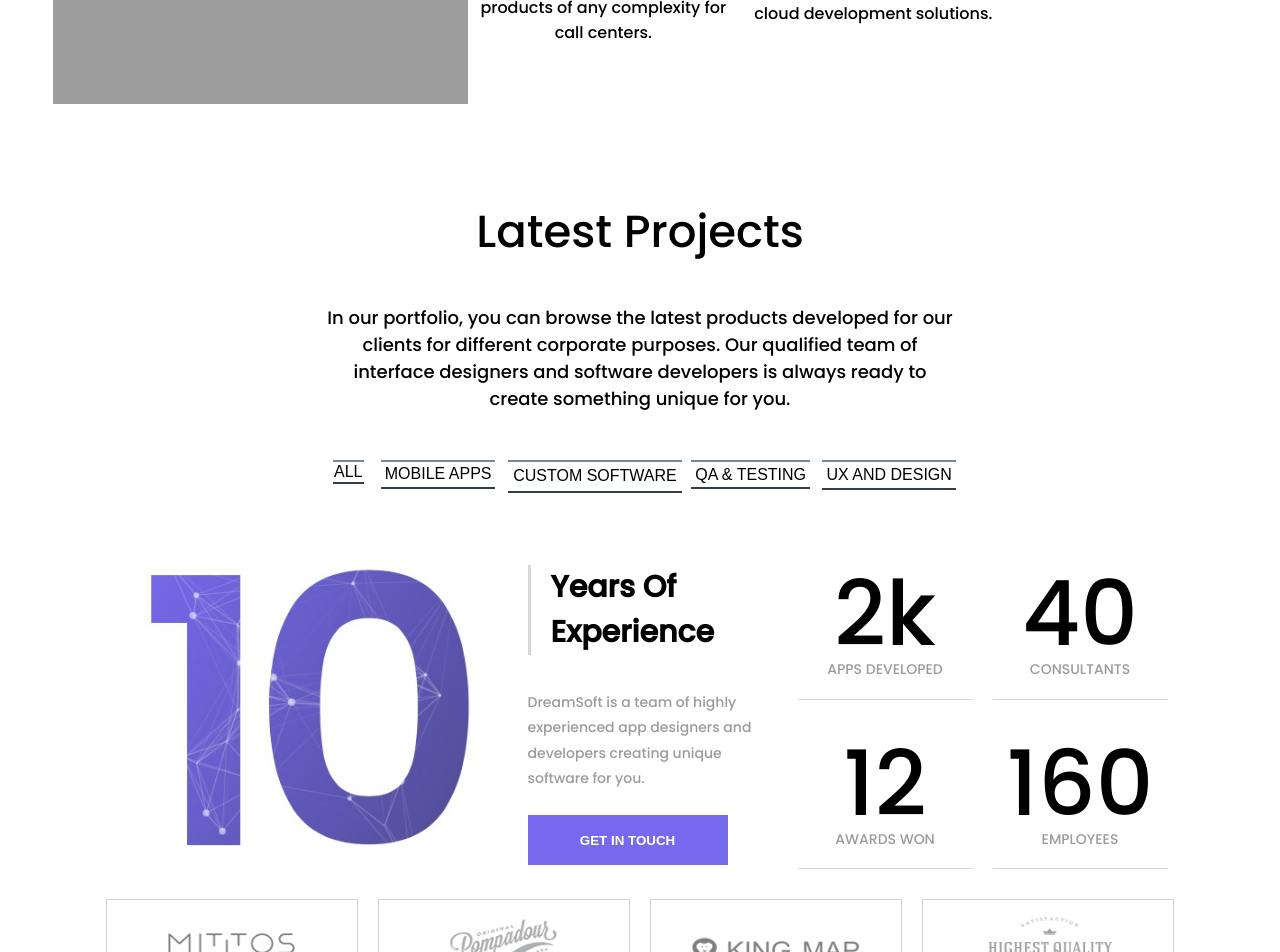
Repository: kkyler24/ladders-bootcamp-awesome
Page: index.html
An editor plug-in stored every save of this project. The page is shown before and after the next save, followed by the edit.
The browser window is 1280 px wide. The pictures show the part of the page from y = 1235 to 2187 px (the page is 6170 px tall).
Pictures or frames that could not be fetched are drawn as grey boxes.

Above is the page before, as saved 2021-03-20 10:27:35.

### index.html
<!DOCTYPE html>
<html lang="en">
  <head>
    <meta charset="UTF-8" />
    <meta name="viewport" content="width=device-width, initial-scale=1.0" />
    <link rel="stylesheet" href="style.css" />
    <link rel="stylesheet" href="kstyle.css" />
    <link rel="preconnect" href="https://fonts.gstatic.com">
    <link href="https://fonts.googleapis.com/css2?family=Poppins:wght@500&display=swap" rel="stylesheet">
    <title>Demo</title>
  </head>
  <body>
    <header></header>
    <nav class="container-nav">
      <a class="logopic">
        <img src="./img/jumbotron/logo-default-191x52.png" alt="MCLA LOGO"   height="63.99" width="220">
      </a>
      <div class="nav-link">
      <ul>
        <li class=" list-inline">
          <a href="./index.html">Home</a>
        </li>
        <li class="nav-item active list-inline">
          <a href="./index.html">About Us</a>
        </li>
        <li class="nav-item active list-inline">
          <a href="./index.html">Gallery</a>
        </li>
        <li class="nav-item active list-inline">
          <a href="./index.html">Pricing</a>
        </li>
        <li class="nav-item active list-inline">
          <a href="./index.html">Blog</a>
        </li>
      </ul>
    </div>
      <!-- <button></button> -->

    </nav>
    <!-- jumbotron 3 slides -->
    <div id="jumbotron" class="carousel">
      <!-- <ul class ="carousel-indicators">
          <li data-target="#carouselExampleCaptions" data-slide-to="0" class="active"></li>
          <li data-target="#carouselExampleCaptions" data-slide-to="1"></li>
          <li data-target="#carouselExampleCaptions" data-slide-to="2"></li>
          <li data-target="#carouselExampleCaptions" data-slide-to="3"></li>
      </ul> -->
      <div class="container-jumbo">
          <div class="carousel-item">
              <img id="jumboimgOne"src="./img/jumbotron/jess-bailey-q10VITrVYUM-unsplash.jpg"  alt="..." />
              <div class="jumboheadline">
                <h2 class="jumbotext">Mobile App Development</h2><br>
                  <div id="indext">
                    <p class="jumboPara"> Since our establishment, we have delivering high-quality and sutainable <br> software solutions for corporate purpose of worldwide business.</p>
                  </div>

              </div>
          </div>
          <!-- <div class="carousel-item">
              <img src="Assets/diversity2gether.jpg" class="d-block w-100" alt="..." />
              <div class="carousel-caption d-none d-md-block">
                  <h5>We Celebrate diversity</h5>
              </div>
          </div>
          <div class="carousel-item">
              <img src="Assets/womensrights.jpg" class="d-block w-100" alt="..." />
              <div class="carousel-caption d-none d-md-block">
                  <h5> We charise our choices</h5>
              </div>
          </div>
          <div class="carousel-item">
              <img src="Assets/climate.jpg" class="d-block w-100" alt="..." />
              <div class="carousel-caption d-none d-md-block">
                  <h5> We protect whats ours</h5>
              </div> -->
          </div>
      </div>
  </div>
  <!-- <a class="carousel-control-prev" href="#carouselExampleCaptions" role="button" data-slide="prev">
      <span class="carousel-control-prev-icon" aria-hidden="true"></span>
      <span class="sr-only">Previous</span>
  </a>
  <a class="carousel-control-next" href="#carouselExampleCaptions" role="button" data-slide="next">
      <span class="carousel-control-next-icon" aria-hidden="true"></span>
      <span class="sr-only">Next</span>
  </a> -->
</div>

    </section>

    <section class="all-service-section">
      <!-- see all services -->
          <div class="all-services-img">
            <img src="https://ld-wt73.template-help.com/wt_prod-18959/images/index-1-415x592.jpg" alt="" width="415" height="592">
          </div>

          <div class="all-services-container">

              <div class="corporate-solutions-block">
                <h3 class="all-services-h3">See All Services</h3>
                <button class="all-services-button">All Services</button>
              </div>
              <div class="corporate-solutions-block">
                <img src="./img/icon-phone.PNG" alt="">
                <h4 class="services-title-h4">CORPORATE SOLUTIONS</h4>
                <p class="corporate-solutions-text">Need specific software for your company? We are ready to develop it!</p>
              </div>
              <div class="corporate-solutions-block">
                <img src="./img/icon-headset.PNG" alt="">
                <h4 class="services-title-h4">CALL CENTER SOLUTIONS</h4>
                <p class="corporate-solutions-text">Our experts provide custom products of any complexity for call centers.</p>
              </div>
              <div class="corporate-solutions-block">
                <img src="./img/icon-cloud-box.PNG" alt="">
                <h4 class="services-title-h4">CLOUD DEVELOPMENT</h4>
                <p class="corporate-solutions-text">We can also offer you reliable cloud development solutions.</p>
              </div>

          </div>
    </section>

    <section id="sectThree">
      <!-- latest Projects -->
      <div class="latestPro">
        <h1 id="latestPro"> Latest Projects</h1>
        <p id="latestPara">In our portfolio, you can browse the latest products developed for our clients for different corporate purposes. Our qualified team of interface designers and software developers is always ready to create something unique for you.</p>
        <div id="latestRow">
         <div class="latestButtons"><button>All</button></div>
         <div class="latestButtons"><button>Mobile Apps</button></div>
         <div class="latestButtons"><button>custom Software</button></div>
         <div class="latestButtons"><button>QA & Testing</button></div>
         <div class="latestButtons"><button>UX and Design</button></div>
        </div>

      </div>
    </section>

    <section class="achievements-section">
      <!-- achievements -->
      <figure>
      <img src="./img/10.jpg" alt="Animated number ten" height="300" />
      </figure>
      <div class="years-of-experience-container">
        <h1>Years Of Experience</h1>
        <p>
          DreamSoft is a team of highly experienced app designers and developers
          creating unique software for you.
        </p>
        <button class="get-in-touch-button">Get in touch</button>
      </div>
      <div class="achievements-numbers-container">
        <div class="achievements-numbers-block">
          <h2>2k</h2>
          <p>APPS DEVELOPED</p>
        </div>
        <div class="achievements-numbers-block">
          <h2>40</h2>
          <p>CONSULTANTS</p>
        </div>
        <div class="achievements-numbers-block">
          <h2>12</h2>
          <p>AWARDS WON</p>
        </div>
        <div class="achievements-numbers-block">
          <h2>160</h2>
          <p>EMPLOYEES</p>
        </div>
      </div>
      <div class="logo-links-container">
        <figure>
          <img src="./img/clients-9-270x117.png" alt="Mittos Logo" >
        </figure>
        <figure>
          <img src="./img/clients-10-270x117.png" alt="Pompadour Logo" >
        </figure>
        <figure>
          <img src="./img/clients-3-270x117.png" alt="King Map Logo" >
        </figure>
        <figure>
          <img src="./img/clients-11-270x117.png" alt="Highest Quality Logo" >
        </figure>
      </div>
    </section>

    <section class="meet-the-team-section">
      <!-- meet the team -->
      <h2 class="meet-the-team-h2">Meet The Team</h2>

      <div class="meet-the-team-main-container">

          <div class="meet-team-block">
            <img src="./img/ryan-wilson.jpg" alt="">

            <div class="meet-team-text-block">
              <h4 class="meet-the-team-h4">Ryan Wilson</h4>
              <p class="meet-the-team-p">Director of Production</p>
            </div>
          </div>
          <div class="meet-team-block">
            <img src="./img/jill-peterson.jpg" alt="">

            <div class='meet-team-text-block'>
              <h4 class="meet-the-team-h4">Jill Peterson</h4>
              <p class="meet-the-team-p">UI Designer</p>
            </div>
          </div>
          <div class="meet-team-block">
            <img src="./img/sam-robinson.jpg" alt="">

            <div class='meet-team-text-block'>
              <h4 class="meet-the-team-h4">Sam Robinson</h4>
              <p class="meet-the-team-p">Senior Developer</p>
            </div>
          </div>
          <div class="meet-team-block">
            <img src="./img/mary-lee.jpg" alt="">

            <div class='meet-team-text-block'>
              <h4 class="meet-the-team-h4">Mary Lee</h4>
              <p class="meet-the-team-p">Software Developer</p>
            </div>
          </div>

      </div>
    </section>

    <section class="get-more-with-us-section">
      <!-- Get more with us -->
      <section class="get-more-with-us">
        <h1>Get More With Us</h1>
        <div class="numbers">
          <p>01</p>
          <p>02</p>
          <p>03</p>
          <p>04</p>
        </div>
        <h2>GREAT USABILITY</h2>
        <p class="get-more-about-project">
          All our apps are designed to have great usability in
          order to easily operate our applications.
          That is why our software has high ratings and lots of awards.
        </p>
        <button class="get-in-touch-button">Get in touch</button>
        <button class="download-presentation-button">Download presentation</button>
      </section>
      <img src="img/index-4-261x484.png" alt="Screen with Any App You Wish">
      <img src="img/index-5-261x484.png" alt="Screen with Socia Apps">
    </section>

    <section class="what-people-say-section">
      <!-- What People Say -->
      <h2 class="what-people-say-h2">What People Say</h2>

      <div class="what-people-say-main-container">

        <div class="client-container">
          <img src="./img/catherine-wilson.jpg" alt="">
          <div class="client-title">
            <h4 class="client-name-h4">Catherine Williams</h4>
            <p>Regular client</p>
          </div>
          <div class="client-body">
            <p class="client-body-p">DreamSoft offers a high caliber of resources skilled
            in Microsoft Azure .NET, mobile and Quality Assurance. They
            became our true business partners over the past three years.</p>
          </div>
        </div>
        <div class="client-container">
          <img src="./img/rupert-woods.jpg" alt="">
          <div class="client-title">
            <h4 class="client-name-h4">Rupert Wood</h4>
            <p>Regular client</p>
          </div>
          <div class="client-body">
            <p class="client-body-p">DreamSoft powered us with a competent team to develop
            products for banking services. The team has been delivering
            results within budget and time, which is amazing.</p>
          </div>
        </div>
        <div class="client-container">
          <img src="./img/samantha-brown.jpg" alt="">
          <div class="client-title">
            <h4 class="client-name-h4">Samantha Brown</h4>
            <p>Regular client</p>
          </div>
          <div class="client-body">
            <p class="client-body-p">DreamSoft is a highly skilled and uniquely capable
            firm with multitudes of talent on-board. We have
            results within budget and time, which is amazing.
            collaborated on a number of diverse projects that
            have been a great success.</p>
          </div>
        </div>

      </div>

    </section>

    <section class="latest-blog-posts-section">
      <h2 class="what-people-say-h2">Latest Blog Posts</h2>
      <div class="posts-container">
        <div class="post-block">
          <figure>
          <img class="post-cover" src="img/post-10-370x307.jpg">
          <img class="post-date-label" src="img/label.svg">
          <p class="post-label-date">07/04</p>
          </figure>
          <h4 class="block-post-h4">Benefits Of Async/Await</h4>
            <p class="blog-post-p">
            Asynchronous functions are a good and bad thing in JavaScript.
            The good side is that asynchronous functions are non-blocking and…
            </p>
        </div>
        <div class="post-block">
          <figure>
          <img class="post-cover" src="img/post-11-370x307.jpg">
          <img class="post-date-label" src="img/label.svg">
          <p class="post-label-date">07/17</p>
          </figure>
          <h4 class="block-post-h4">Key Considerations Of IPaaS</h4>
            <p class="blog-post-p">
              Digital transformation requires cloud appropriate adoption,
              legacy IT systems modernization, and Agile-based methodologies for faster…
            </p>
        </div>
        <div class="post-block">
          <figure>
          <img class="post-cover" src="img/post-12-370x307.jpg">
          <img class="post-date-label" src="img/label.svg">
          <p class="post-label-date">07/22</p>
          </figure>
          <h4 class="block-post-h4">Hibernate Query Language</h4>
            <p class="blog-post-p">
              In this tutorial, we will discuss the
              Hibernate Query Language. HQL is an object-oriented query language.
              Hibernate Query...
            </p>
        </div>
      </div>
    </section>

    <footer>
      <!-- contacts and info -->
      <section class="footer-contacts">
        <img src="img/logo-inverse-191x52.png" alt="DreamSoft Logo">
        <p class="about-company">
          Our company has been developing high-quality and reliable software
          for corporate needs since 2008. We are renowned professionals of
          software development.</p>
        <div class="address-block-container">
          <div class="one-contact-block">
            <h2>ADDRESS</h2>
            <p>4730 Crystal Springs Dr, Los Angeles, CA 90027</p>
          </div>
          <div class="one-contact-block">
            <h2>PHONES</h2>
            <p>
              <span class="changing-color">+1 323-913-4688</span>
              <span>,</span>
              <span class="changing-color">+1 323-888-4554</span>
            </p>
          </div>
          <div class="one-contact-block">
            <h2>E-MAILS</h2>
            <p>
              <span>info@demolink.org</span>
              <span>,</span>
              <span>mail@demolink.org</span>
            </p>
          </div>
          <div class="social-media-links-container">
            <img src="img/iconfinder_Circled_Facebook.svg" alt="Facebook Icon">
            <img src="img/iconfinder_Circled_Instagram.svg" alt="Facebook Icon">
            <img src="img/iconfinder_Circled_Linkedin.svg" alt="Facebook Icon">
            <img src="img/iconfinder_Circled_Twitter.svg" alt="Facebook Icon">
          </div>
        </div>
      </section>
      <form class="contact-form">
        <h1>Questions? Contact Us</h1>
        <input class="input-field-1" type="text" id="name" name="name" placeholder="Name"><br>
        <input class="input-field-1" type="text" id="email" name="email" placeholder="Email"><br>
        <input class="input-field-2" type="text" id="message" name="message" placeholder="Message"><br>
        <button class="send-message-button">Send message</button>
      </form>
      <section class="what-we-offer">
        <h1>What We Offer</h1>
        <div class="what-we-offer-container">
            <figure class="what-we-offer-item">
              <p>DB Management</p>
              <figure class="triangle"></figure>
            </figure>
            <figure class="what-we-offer-item">
              <p>IOS/MacOS</p>
              <figure class="triangle"></figure>
            </figure>
            <figure class="what-we-offer-item">
              <p>Android Apps</p>
              <figure class="triangle"></figure>
            </figure>
            <figure class="what-we-offer-item">
              <p>Windows Apps</p>
              <figure class="triangle"></figure>
            </figure>
            <figure class="what-we-offer-item">
              <p>UX/UI Apps</p>
              <figure class="triangle"></figure>
          </figure>
        </div>
        </section>
      </footer>
  </body>
</html>

### kstyle.css
html, body{
  overflow-x: hidden;


}

/* Navbar git  */
.container-nav {
  display: flex;
}

.list-inline {
  display: inline;
  list-style-type: none;
  padding-right: 10px;
  font-family: Georgia, "Times New Roman", Times, serif;
}

a.logopic {
  flex-flow: row;
  flex-grow: 3;
}

ul.li.a {
  font-family: "Poppins", sans-serif;
  font-weight: 500;
  color: black;
}

/* Jumbotron */
.jumboPara {
  text-align: center;
}

.jumbotron .container-jumbo {
  max-width: 100%;
  background-color: #222;
}

#jumbotron {
  padding: 30px 0px 30px 0px;
  max-width: 100%;
  text-align: center;
  background-color: transparent;
  overflow: hidden;
  font-family: "Raleway", Helvetica, Arial, sans-serif;
}

.container-jumbo {
  display: flex;
  width: 100%;
  margin: 0 auto;
  height: 561px;
}

.jumbotext {
  color: rgb(2, 2, 2);
  font-weight: 600;
  text-transform: uppercase;
  font-size: 60px;
}

.jumboheadline {
  display: flex;
  flex-direction: column;
  height: 506px;
  justify-content: flex-end;
}

#jumboimgOne {
  z-index: 0;
  position: absolute;
  display: flex;
  /* flex-grow: 1; */
  width: 100%;
  overflow-x: hidden;
}

.carousel-item {
  width: 100%;
}

.carousel-item,
.jumbotext,
#indext {
  position: relative;
  z-index: 2;
}

/* latest Section */

#sectThree{
  display: flex;
  font-family: "Poppins", sans-serif;
  text-align: center;
}

#latestPara{
 font-size: 18px;
 margin: auto 25% auto 25%;
}

#latestPro{
  font-size: 45px;
  font-weight: lighter;
}

#latestRow{
display: flex;
justify-content: center;
margin-top: 3%;
margin-bottom: 3%;


}
#latestRow button{
  padding: 3%;
  margin: 10px;
 font-size: 16px;
 background-color: transparent;
 border-right: 4px;
 border-color: lightslategray;
 border-left: none;
 width: max-content;
 text-transform: uppercase;


}

Loaded but not shown: style.css (628 lines, source omitted)

After the next save:
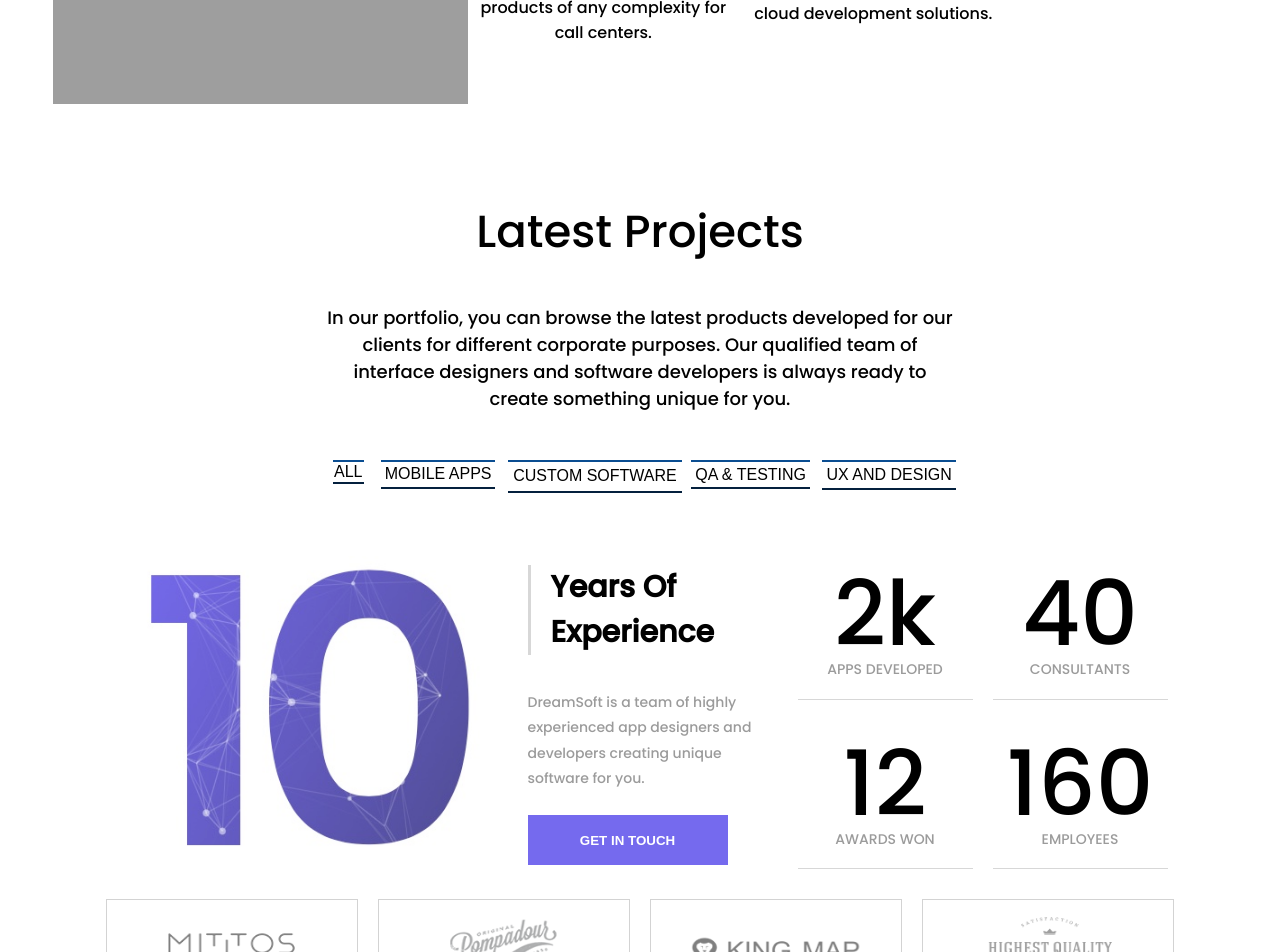
Saved 17 s later.
--- a/kstyle.css
+++ b/kstyle.css
@@ -119,7 +119,7 @@ margin-bottom: 3%;
  font-size: 16px;
  background-color: transparent;
  border-right: 4px;
- border-color: lightslategray;
+ border-color: rgb(10, 77, 145);
  border-left: none;
  width: max-content;
  text-transform: uppercase;
